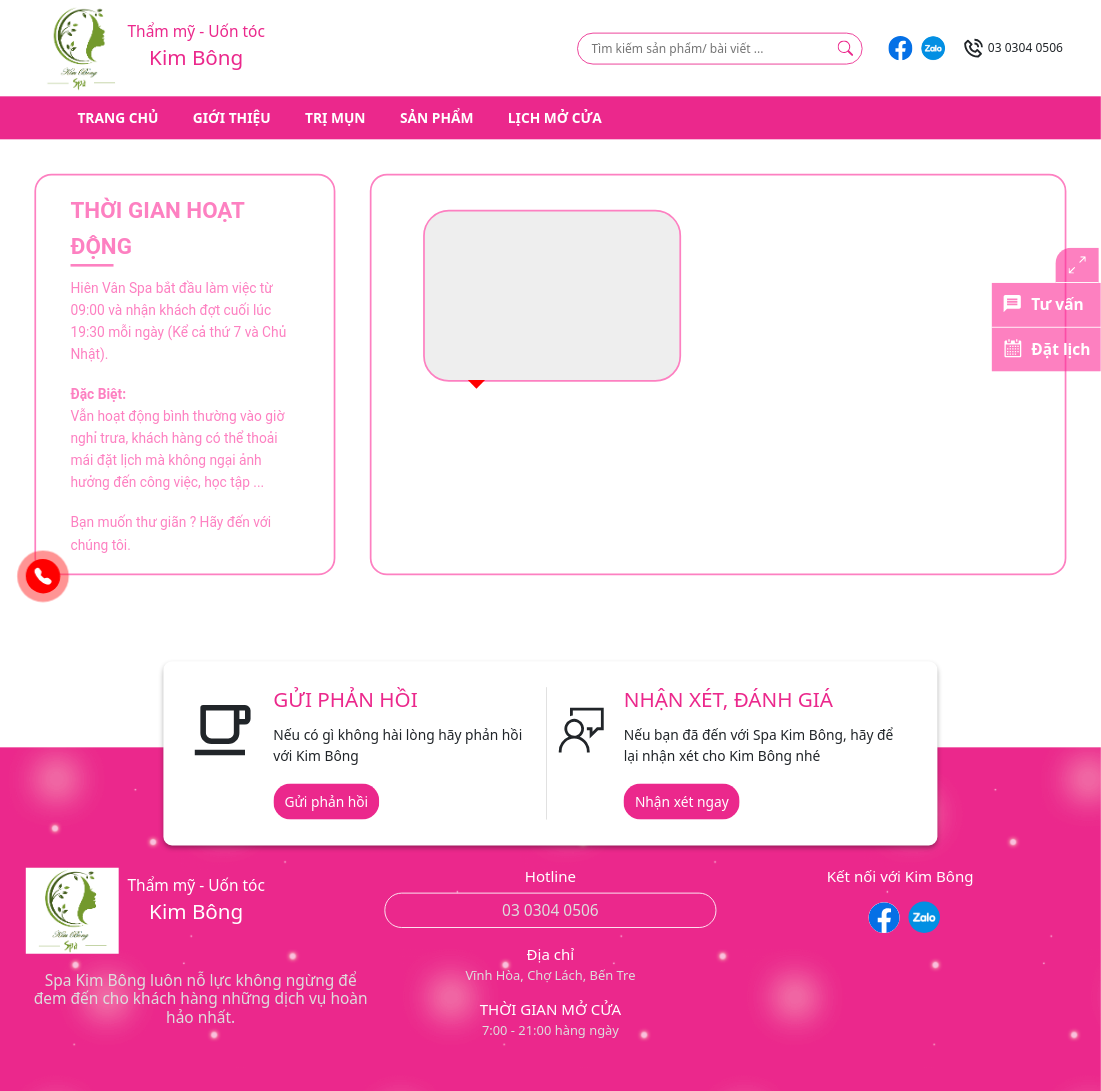
Repository: tranduykhuong/SpaKimBong
Page: /calendar
The author's editor kept a copy of each file at every save. The page is drawn from the files as they stood at one save, then again after the next save.
The browser window is 1280 px wide. The pictures show the whole page, at 86% of full size.
The project was rebuilt for these pictures with package versions that can differ from the ones it lists, and the page was loaded fresh each time. Also part of the build but not shown: src/components/Banner/banner.scss, src/components/Banner/Banner.js, src/pages/Home/home.scss, src/pages/Home/ListImage/listImage.scss, src/pages/Home/ListImage/ListImage.js, src/pages/Home/BookOnline/bookOnl.scss, src/pages/Home/BookOnline/Modal/ModalBook/modalbook.scss, src/pages/Home/BookOnline/Modal/ModalBook/modalbook.js and 24 more.

Above is the page before, as saved 2022-06-07 10:15:37.

### src/App.js
import "./App.scss";
import Header from "./components/Header/Header";
import Home from "./pages/Home/Home";
import "bootstrap/dist/css/bootstrap.min.css";
import { Route, Routes } from "react-router-dom";
import About from "./pages/About/About";
import Products from "./pages/Product/Products";
import ProductDetail from "./pages/Product/ProductDetail/ProductDetail";
import AcneTreatment from "./pages/AcneTreatment/AcneTreatment";
import ContactToolbox from "./components/ContactToolbox/ContactToolbox";
import BackToTop from "./components/BackToTop/BackToTop";
import PhoneTool from "./components/PhoneTool/PhoneTool";
import Calendar from "./pages/Calendar/Calendar";

function App() {
  return (
    <div className="App">
      <Header />
      <ContactToolbox />
      <BackToTop />
      <PhoneTool />
      <Routes>
        <Route path="/" element={<Home />} />
        <Route path="/about" element={<About />} />
        <Route path="/products" element={<Products />} />
        <Route path="/acne" element={<AcneTreatment />} />
        <Route path="/calendar" element={<Calendar />} />

        <Route path="/products/1" element={<ProductDetail />} />
      </Routes>
    </div>
  );
}

export default App;

### src/components/ContactToolbox/ContactToolbox.js
import React, { useState } from "react";
import "./contactToolbox.scss";
import { MdMessage } from "react-icons/md";
import { GoCalendar } from "react-icons/go";
import { BsArrowsAngleExpand } from "react-icons/bs";

const ContactToolbox = () => {
  const [hidden, setHidden] = useState(false);

  return (
    <div className="contactFixed">
      <div className="toolboxScroll" onClick={() => setHidden((prev) => !prev)}>
        <BsArrowsAngleExpand className="iconArrow" />
      </div>
      <div className={"toolboxList " + (hidden ? "hidden" : "open")}>
        <div className="advise toolboxItem">
          <MdMessage className="iconMessage" />
          <p>Tư vấn</p>
        </div>
        <div className="book toolboxItem">
          <GoCalendar className="iconCalendar" />
          <p>Đặt lịch</p>
        </div>
      </div>
    </div>
  );
};

export default ContactToolbox;

### src/components/BackToTop/BackToTop.js
import React, { useEffect, useState } from "react";
import "./backToTop.scss";
import { FaRegArrowAltCircleUp } from "react-icons/fa";

const BackToTop = () => {
  const [clicked, setClick] = useState(true);
  const [hiddenArrow, setHiddenArrow] = useState(true);

  useEffect(() => {
    const handleScroll = () => {
      if (window.scrollY > 550) setHiddenArrow(false);
      else setHiddenArrow(true);
    };
    window.addEventListener("scroll", handleScroll);
    return () => {
      window.removeEventListener("scroll", handleScroll);
    };
  }, []);

  useEffect(() => {
    window.scrollTo(0, 0);
  }, [clicked]);

  return (
    <div
      className={"backToTop " + (hiddenArrow ? "" : "show")}
      onClick={() => setClick((prev) => !prev)}
    >
      <FaRegArrowAltCircleUp className="icon" />
    </div>
  );
};

export default BackToTop;

### src/components/PhoneTool/PhoneTool.js
import React from "react";
import "./phoneTool.scss";
import { BsFillTelephoneFill } from "react-icons/bs";

const PhoneTool = () => {
  return (
    <div className="phoneTool">
      <div className="phone">
        <BsFillTelephoneFill className="iconPhone" />
      </div>
      <div className="circle"></div>
    </div>
  );
};

export default PhoneTool;

### src/pages/Calendar/Calendar.js
import React from "react";
import "./calendar.scss";
import Footer from "./../../components/Footer/Footer";

const Calendar = () => {
  return (
    <div>
      <div className="container-calendar">
        <div className="container-bg-calendar">
          <div className="calendar">
            <div className="calendar-content">
              <h3>THỜI GIAN HOẠT ĐỘNG</h3>
              <p>
                Hiên Vân Spa bắt đầu làm việc từ 09:00 và nhận khách đợt cuối
                lúc 19:30 mỗi ngày (Kể cả thứ 7 và Chủ Nhật).
              </p>
              <strong id="special">Đặc Biệt:</strong>
              <p>
                Vẫn hoạt động bình thường vào giờ nghỉ trưa, khách hàng có thể
                thoải mái đặt lịch mà không ngại ảnh hưởng đến công việc, học
                tập ...
              </p>
              <p>Bạn muốn thư giãn ? Hãy đến với chúng tôi.</p>
            </div>

            <div className="calendar-boxs-day">
              <div className="calendar-boxs">
                <div className="calendar-box">
                  {/* <p><strong>MONDAY</strong></p> */}
                </div>
                {/* <div className="calendar-box"></div>
                <div className="calendar-box"></div>
                <div className="calendar-box"></div>
                <div className="calendar-box"></div>
                <div className="calendar-box"></div>
                <div className="calendar-box"></div> */}
              </div>
            </div>
          </div>
        </div>
      </div>

      <Footer />
    </div>
  );
};

export default Calendar;

### src/components/Header/header.scss
@import '../../SCSS/base/variables.scss';
$height-navbar: 5rem;

.header {
    .mg-navbar {
        margin-bottom: $height-navbar;
    }

    .infor {
        max-width: 1200px;
        padding: .6rem 0;
        display: flex;
        justify-content: space-between;
        margin: 0 auto;

        .logo {
            display: flex;
            flex: 1;

            img {
                height: 10rem;
            }

            .nameSpa {
                color: $main-color;
                margin: auto 0;

                h4 {
                    font-size: 1.8rem;
                    font-weight: 500;
                }

                h2 {
                    font-size: 2.4rem;
                }
            }
        }


        .search {
            margin: auto 0;
            border-radius: 50px;
            border: solid .1rem $main-color;
            height: 37px;
            display: flex;

            input {
                font-size: 1.4rem;
                margin: auto 16px;
                min-width: 26rem;
                border: none;
                outline: none;
            }

            .icon {
                margin: auto 10px;
                cursor: pointer;
            }

            .iconSearch {
                width: 1.8rem;
                height: 1.8rem;
                color: $main-color;

                &:hover {
                    color: #f867b2;
                }
            }
        }

        .contact {
            display: flex;
            margin-left: 20px;

            .icon {
                margin: auto 0;
                margin-left: 10px;

            }

            .iconFacebook {
                width: 2.8rem;
                height: 2.8rem;
                color: rgba($color: #0570e6, $alpha: 1.0);
            }

            .iconZalo {
                width: 2.8rem;
                height: 2.8rem;
                border-radius: 50%;
            }

            .phone {
                margin: auto 0;
                margin-left: 20px;
                display: flex;

                .iconPhone {
                    width: 2.6rem;
                    height: 2.6rem;
                }

                h3 {
                    font-size: 1.4rem;
                    font-weight: 500;
                    margin: auto 4px;
                }
            }

        }
    }

    .fixedNavbar {
        position: fixed;
        top: 0;
        left: 0;
        z-index: 50;
        width: 100%;
        animation: fixedNavbar 1s forwards;
    }

    @keyframes fixedNavbar {
        from {
            top: -5rem;
            opacity: 0;
        }

        to {
            top: 0;
            opacity: 1;
        }
    }

    .myNavbar {
        height: $height-navbar;
        background-color: $main-color;

        .navbarContent {
            max-width: 1200px;
            margin: 0 auto;

            .navbarList {
                display: flex;
                margin: 0 1rem;
                // justify-content: space-evenly;

                li {
                    list-style: none;

                    a {
                        line-height: $height-navbar;
                        height: $height-navbar;
                        display: block;
                        color: #fff;
                        font-size: 1.6rem;
                        font-weight: 600;
                        text-decoration: none;
                        padding: 0 2rem;
                    }

                    &:hover {
                        background-color: #f844a1;
                        cursor: pointer;
                    }
                }

                .active {
                    background-color: #dd0876;
                }
            }
        }
    }
}

### src/components/Footer/Footer.js
import React, { useEffect } from "react";
import "./footer.scss";
import { BsFacebook } from "react-icons/bs";
import { RiCupLine } from "react-icons/ri";
import { VscFeedback } from "react-icons/vsc";

const Footer = () => {
  return (
    <div className="footer">
      <div className="logo">
        <div className="info">
          <img src="../../img/logoSpa.png" alt="" />
          <div className="nameSpa">
            <h4>Thẩm mỹ - Uốn tóc</h4>
            <h2>Kim Bông</h2>
          </div>
        </div>

        <h5>
          Spa Kim Bông luôn nỗ lực không ngừng để đem đến cho khách hàng những
          dịch vụ hoàn hảo nhất.
        </h5>
      </div>

      <div className="address">
        <h3>Hotline</h3>
        <div className="hotline">03 0304 0506</div>
        <h3>Địa chỉ</h3>
        <h4>Vĩnh Hòa, Chợ Lách, Bến Tre</h4>
        <h3>THỜI GIAN MỞ CỬA</h3>
        <h4>7:00 - 21:00 hàng ngày</h4>
      </div>
      <div className="contact">
        <h3>Kết nối với Kim Bông</h3>
        <a href="/" className="icon">
          <BsFacebook className="iconFacebook" />
        </a>
        <a href="/" className="icon">
          <img src="../../img/Zalo.png" alt="" className="iconZalo" />
        </a>
      </div>

      <div className="subFooter">
        <div className="report">
          <RiCupLine className="icon" />
          <div>
            <h3>Gửi phản hồi</h3>
            <p>Nếu có gì không hài lòng hãy phản hồi với Kim Bông</p>
            <div className="btn">Gửi phản hồi</div>
          </div>
        </div>
        <div className="feedback">
          <VscFeedback className="icon" />
          <div>
            <h3>Nhận xét, Đánh giá</h3>
            <p>
              Nếu bạn đã đến với Spa Kim Bông, hãy để lại nhận xét cho Kim Bông
              nhé
            </p>
            <div className="btn">Nhận xét ngay</div>
          </div>
        </div>
      </div>
    </div>
  );
};

export default Footer;

### src/components/ContactToolbox/contactToolbox.scss
.contactFixed {
    position: fixed;
    top: 50%;
    transform: translateY(-50%);
    right: 0;
    z-index: 100;
    cursor: pointer;

    .toolboxScroll {
        border-top-left-radius: 1.8rem;
        background-color: rgba($color: #fc2c97, $alpha: 0.6);
        width: 5rem;
        padding: 1rem;
        color: #fff;
        transform: translateX(149%);
        border-bottom: 1px solid #fff;

        .iconArrow {
            width: 2rem;
            height: 2rem;
        }
    }

    .toolboxList {
        background-color: rgba($color: #fc2c97, $alpha: 0.6);


        .toolboxItem {
            display: flex;
            padding: 1.2rem;
            color: #fff;

            p {
                font-size: 1.8rem;
                margin: 0;
                padding-left: 1rem;
                font-weight: 600;
            }
        }

        .advise {
            border-bottom: 1px solid #fff;

            .iconMessage {
                width: 2.4rem;
                height: 2.4rem;
            }
        }

        .book {

            .iconCalendar {
                width: 2.4rem;
                height: 2.4rem;
            }
        }
    }

    .hidden {
        animation: toRight 0.8s linear forwards;
    }

    .open {
        animation: toLeft 0.8s linear backwards;
    }

    @keyframes toRight {
        to {
            transform: translateX(62%);
        }
    }

    @keyframes toLeft {
        from {
            transform: translateX(62%);

        }

        to {
            transform: translateX(0);
        }
    }
}

### src/components/BackToTop/backToTop.scss
.backToTop {
    position: fixed;
    bottom: 2rem;
    right: 2rem;
    z-index: 100;
    display: none;

    .icon {
        width: 4rem;
        height: 4rem;
        color: #fa72b8;
        cursor: pointer;
    }
}

.show {
    animation: FadeIn 0.8s forwards;
    display: block;

    @keyframes FadeIn {
        from {
            bottom: 0;
        }

        to {
            bottom: 2rem;
        }
    }
}

### src/components/PhoneTool/phoneTool.scss
.phoneTool {
    position: fixed;
    width: 6rem;
    height: 6rem;
    left: 1rem;
    border-radius: 50%;
    bottom: 3rem;
    z-index: 100;
    cursor: pointer;

    .phone {
        position: absolute;
        z-index: 5;
        top: 34%;
        left: 34%;
        background-color: red;
        padding: 1rem;
        border-radius: 50%;
        animation: phoneSkin 1s infinite ease-in-out;

        .iconPhone {
            height: 2rem;
            width: 2rem;
            color: #fff;

        }

        @keyframes phoneSkin {
            0% {
                transform: rotate(0) scale(1) skew(1deg);
            }

            10% {
                transform: rotate(-25deg) scale(1) skew(1deg);
            }

            20% {
                transform: rotate(25deg) scale(1) skew(1deg);
            }

            30% {
                transform: rotate(-25deg) scale(1) skew(1deg);
            }

            40% {
                transform: rotate(25deg) scale(1) skew(1deg);
            }

            50% {
                transform: rotate(0) scale(1) skew(1deg);
            }

            100% {
                transform: rotate(0) scale(1) skew(1deg);
            }
        }
    }

    .circle {
        position: absolute;
        width: 6rem;
        height: 6rem;
        border-radius: 50%;
        top: 16%;
        left: 16%;
        background-color: rgba($color: rgb(255, 42, 42), $alpha: 0.5);
        animation: zoom 1s infinite;

        @keyframes zoom {
            0% {
                transform: scale(0.9);
            }

            70% {
                transform: scale(1);
                box-shadow: 0 0 0 15px transparent;
            }

            100% {
                transform: scale(0.9);
                box-shadow: 0 0 0 0 transparent;
            }
        }
    }
}

### src/pages/Calendar/calendar.scss
.container-calendar {
  .container-bg-calendar {
    .calendar {
      display: flex;
      width: 100%;
      text-align: left;
      padding: 4rem;
      font-family: "Roboto", sans-serif;

      .calendar-content {
        width: 30%;
        border: solid 2px #fd80c1;
        // border-bottom-left-radius: 20px;
        // border-top-left-radius: 20px;
        // border-top-right-radius: 20px;
        border-radius: 20px;
        padding: 2rem 4rem 0;
        margin-right: 4rem;
        h3 {
          margin: 0 0 13px;
          color: #fd80c1;
          font-size: 26px;
          font-weight: bold;
          line-height: 1.6;
        }

        h3:after {
          content: "";
          display: block;
          width: 5rem;
          height: 0.25rem;
          background: #fd80c1;
        }

        #special {
          color: #fd80c1;
          font-size: 16px;
          line-height: 1.6;
          margin-bottom: 0;
        }

        p {
          margin: 0 0 21px;
          color: #fd80c1;
          font-size: 16px;
          line-height: 1.6;
        }
      }

      .calendar-boxs-day {
        width: 70%;
        border: solid 2px #fd80c1;
        border-radius: 20px;
        padding: 3rem 0 2rem 5rem;

        .calendar-boxs {
          display: flex;
          width: 100%;
          flex-wrap: wrap;

          .calendar-box {
            margin: 0 1rem 1rem 0;
            width: 18%;
            height: 15rem;
            border: solid 2px #fd80c1;

            margin: 10px;
            width: 300px;
            height: 200px;
            background-color: #eee;
            border-radius: 30px;
            position: relative;

            // p{
            //   font: 30px "Roboto", sans-serif;
            // }
          }
          .calendar-box:before {
            content: "";
            position: absolute;
            bottom: -10px;
            left: 50px;
            border-top: 10px solid red;
            border-right: 10px solid transparent;
            border-left: 10px solid transparent;
          }
        }
      }
    }
  }
}

### src/SCSS/base/variables.scss
$main-color: #eb288c;
$text-color: #444;
$title-color: #fff;

### src/components/Footer/footer.scss
@import '../../SCSS/base/variables.scss';

.footer {
    background-image: url(../../../public/img/sparkle1.png), url(../../../public/img/sparkle2.png);
    width: 100%;
    height: 400px;
    background-color: $main-color;
    animation: sparkle 60s linear infinite;
    padding: 14rem 3rem 0;
    display: flex;
    justify-content: space-around;
    position: relative;
    margin-top: 16rem;

    .logo {
        flex: 1;

        .info {
            display: flex;

            img {
                height: 10rem;
            }

            .nameSpa {
                color: $title-color;
                margin: 1rem;

                h4 {
                    font-size: 1.8rem;
                    font-weight: 500;
                }

                h2 {
                    font-size: 2.4rem;
                }
            }
        }

        h5 {
            margin: 2rem .6rem;
            font-size: 1.8rem;
            font-weight: 400;
            color: #ddd;
        }
    }

    .contact {
        flex: 1;
        text-align: center;

        h3 {
            margin-bottom: 1.8rem;
            color: $title-color;
        }

        .icon {
            margin: auto 0;
            margin-left: 10px;

        }

        .iconFacebook {
            width: 3.6rem;
            height: 3.6rem;
            color: rgba($color: #0570e6, $alpha: 1.0);
            background-color: $title-color;
            border-radius: 50%;
        }

        .iconZalo {
            width: 3.7rem;
            height: 3.7rem;
            border-radius: 50%;
        }
    }

    .address {
        color: #ddd;
        flex: 1;
        text-align: center;

        h3 {
            // margin-bottom: 2rem;
            color: $title-color;
        }

        h4 {
            margin-bottom: 2rem;
        }

        .hotline {
            padding: .6rem;
            font-size: 1.8rem;
            margin: .8rem 1rem 2rem;
            border: 1px solid $title-color;
            border-radius: 2rem;

            &:hover {
                color: $title-color;
                cursor: pointer;
            }
        }
    }

    @keyframes sparkle {
        0% {
            background-position: 0px 0px, 0px 0px, 0px 0px;
        }

        100% {
            background-position: -500px -1000px, -400px -400px, 300px 300px;
        }
    }

    .subFooter {
        width: 100%;
        max-width: 90rem;
        min-height: 20rem;
        box-shadow: 0 3px 6px -4px rgba(0, 0, 0, 0.2), 0 3px 6px rgba(0, 0, 0, 0.3);

        background-color: #fff;
        border-radius: 1rem;
        z-index: 50;
        top: -10rem;
        left: 50%;
        transform: translateX(-50%);
        position: absolute;
        display: flex;
        padding: 3rem;
        justify-content: space-around;

        .report,
        .feedback {
            display: flex;
            flex: 1;
            justify-content: center;
            text-align: left;

            h3 {
                text-transform: uppercase;
                font-size: 2.4rem;
                color: $main-color;
            }

            p {
                font-size: 1.6rem;
                padding: 1rem 1.4rem 1rem 0;
            }

            .icon {
                height: 10rem;
                width: 10rem;
                margin-right: 2rem;
            }

            .btn {
                padding: 0.8rem 1.2rem;
                background-color: $main-color;
                border-radius: 2rem;
                font-size: 1.6rem;
                color: #fff;

                &:hover {
                    background-color: #cc1574;
                }
            }
        }

        .report {
            border-right: 1px solid #ddd;
        }

        .feedback {
            margin-left: 1rem;
        }
    }
}

Loaded but not shown: public/index.html (common file); src/index.js (common file); src/index.css (common file); src/reportWebVitals.js (common file); src/App.scss (common file); src/components/Header/Header.js (92 lines, source omitted)

After the next save:
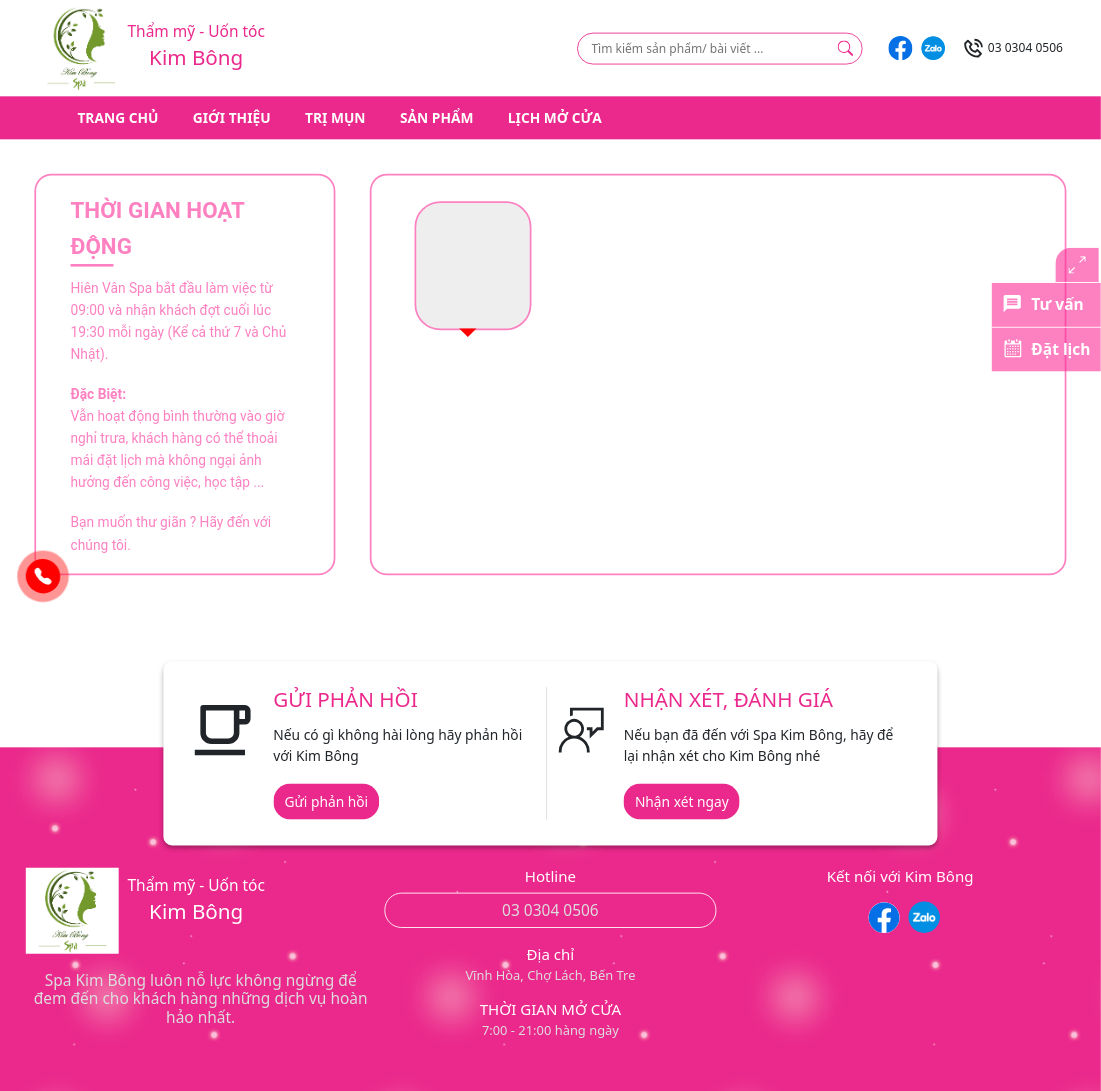
Saved 21 s later.
--- a/src/pages/Calendar/calendar.scss
+++ b/src/pages/Calendar/calendar.scss
@@ -64,9 +64,9 @@
             height: 15rem;
             border: solid 2px #fd80c1;
 
-            margin: 10px;
-            width: 300px;
-            height: 200px;
+            // margin: 10px;
+            // width: 300px;
+            // height: 200px;
             background-color: #eee;
             border-radius: 30px;
             position: relative;
